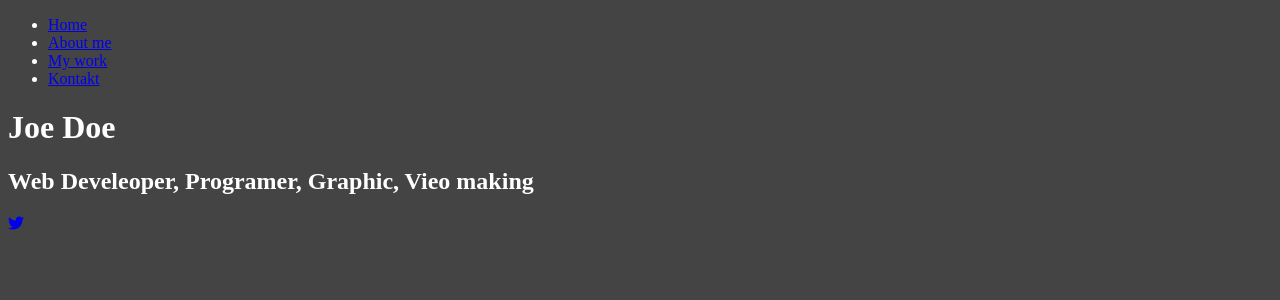
Repository: Zudoshi/morden-portfolio-test
Page: dist/index.html
An editor plug-in stored every save of this project. The page is shown before and after the next save, followed by the edit.
The browser window is 1280 px wide. The pictures show the whole page.
Some web libraries are served in a nearby version. The style sheet was rebuilt from its Sass, Less or Tailwind sources for each picture, by a compiler version that may differ from the author's.

Above is the page before, as saved 2019-12-29 21:44:33.

After the next save:
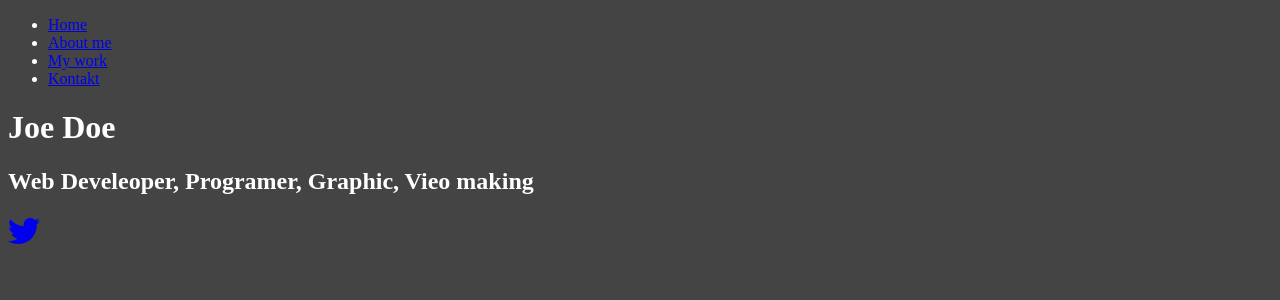
Saved 12 s later.
--- a/dist/index.html
+++ b/dist/index.html
@@ -49,7 +49,7 @@
       </h2>
       <div class="icons">
         <a href="#!">
-          <i class="fab fa-twitter"></i>
+          <i class="fab fa-twitter fa-2x"></i>
         </a>
       </div>
     </main>
